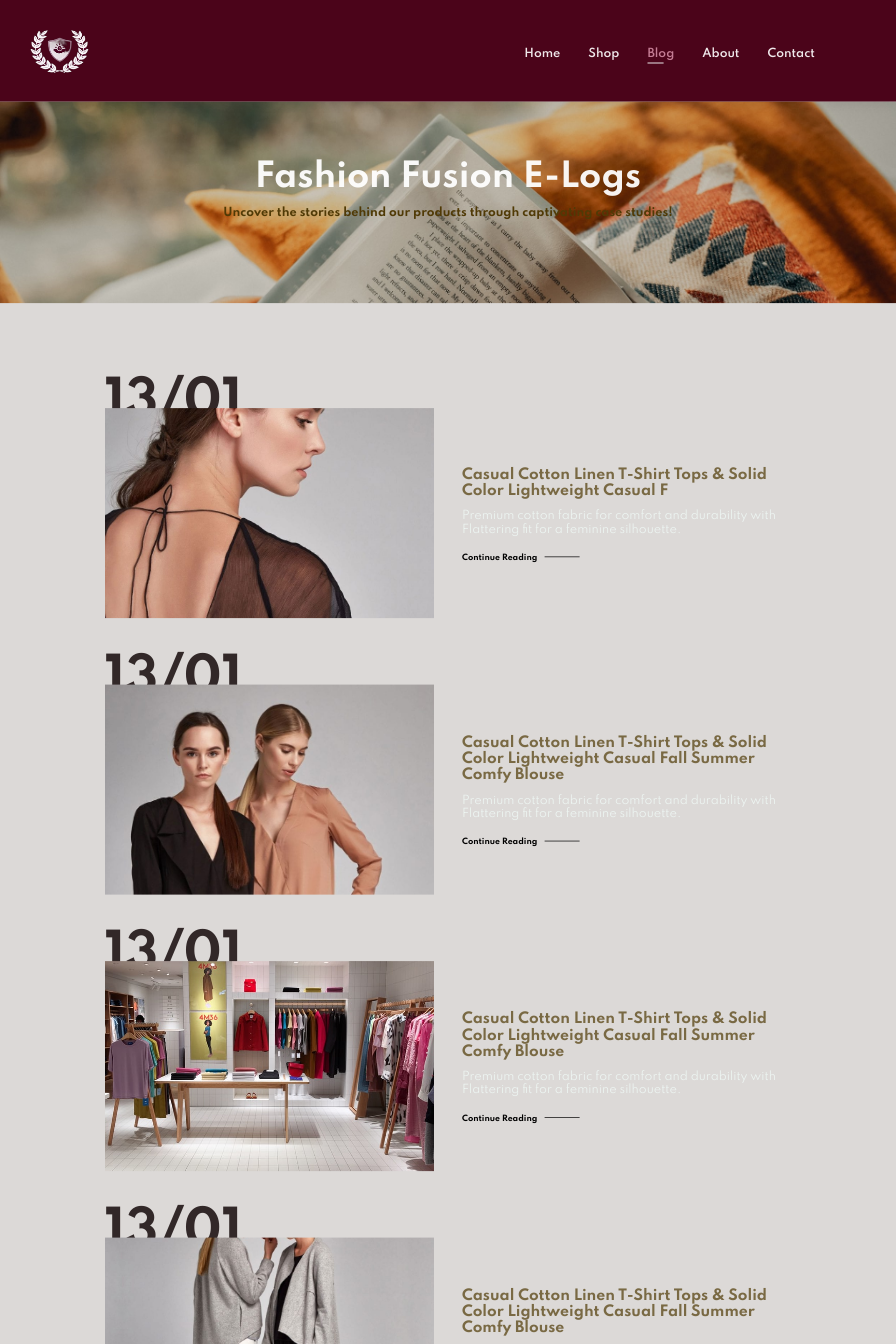
Repository: JhananiNallasamy/ECommerce-website-deployment
Page: blog.html
The author's editor kept a copy of each file at every save. The page is drawn from the files as they stood at one save, then again after the next save.
The browser window is 1280 px wide. The pictures show the part of the page from y = 0 to 1920 px (the page is 3598 px tall), at 70% of full size.
Some web libraries are served in a nearby version.

Above is the page before, as saved 2024-05-05 10:40:08.

After the next save:
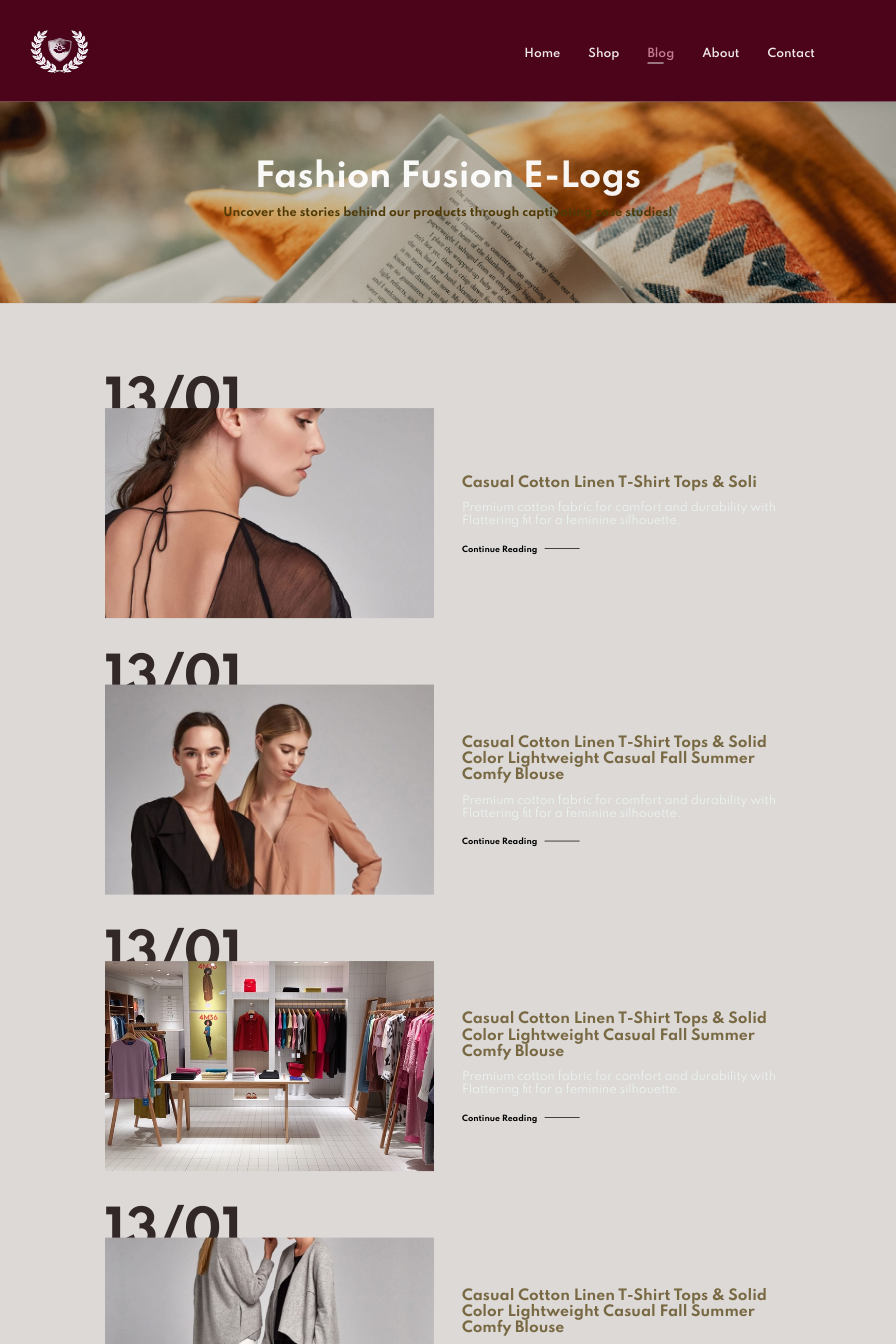
Saved 4 s later.
--- a/blog.html
+++ b/blog.html
@@ -43,7 +43,7 @@
                 <img src="img/blog/b1.jpg" alt="b1 in blog">
             </div>
             <div class="blog-details">
-            <h4 style="color: #503a06b4;"> Casual Cotton Linen T-Shirt Tops & Solid Color Lightweight Casual F </h4>
+            <h4 style="color: #503a06b4;"> Casual Cotton Linen T-Shirt Tops & Soli </h4>
             <p>Premium cotton fabric for comfort and durability with Flattering fit for a feminine silhouette.</p>
             <a href="#"> Continue Reading </a>
             </div>
